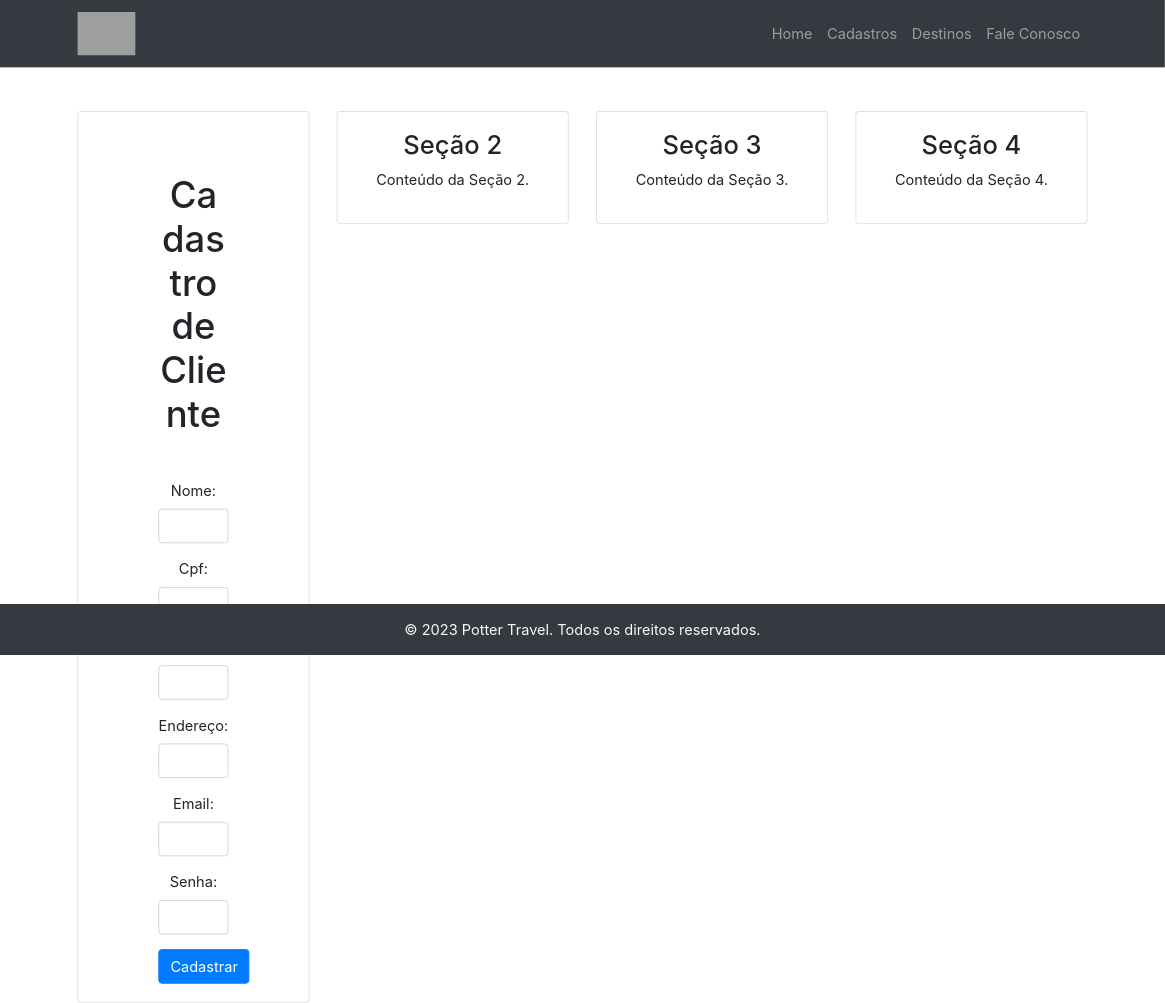
Repository: marcelledssantos/PotterTravel-MVC
Page: PotterTravel-MVC/src/main/webapp/index.html
These files come from the project's save history. The page is drawn as it stood at one moment and after the next save; the edit follows.
The browser window is 1280 px wide. The pictures show the whole page, at 91% of full size.
Pictures or frames that could not be fetched are drawn as grey boxes. Some web libraries are served in a nearby version.

Above is the page before, as saved 2023-11-01 02:17:08.

After the next save:
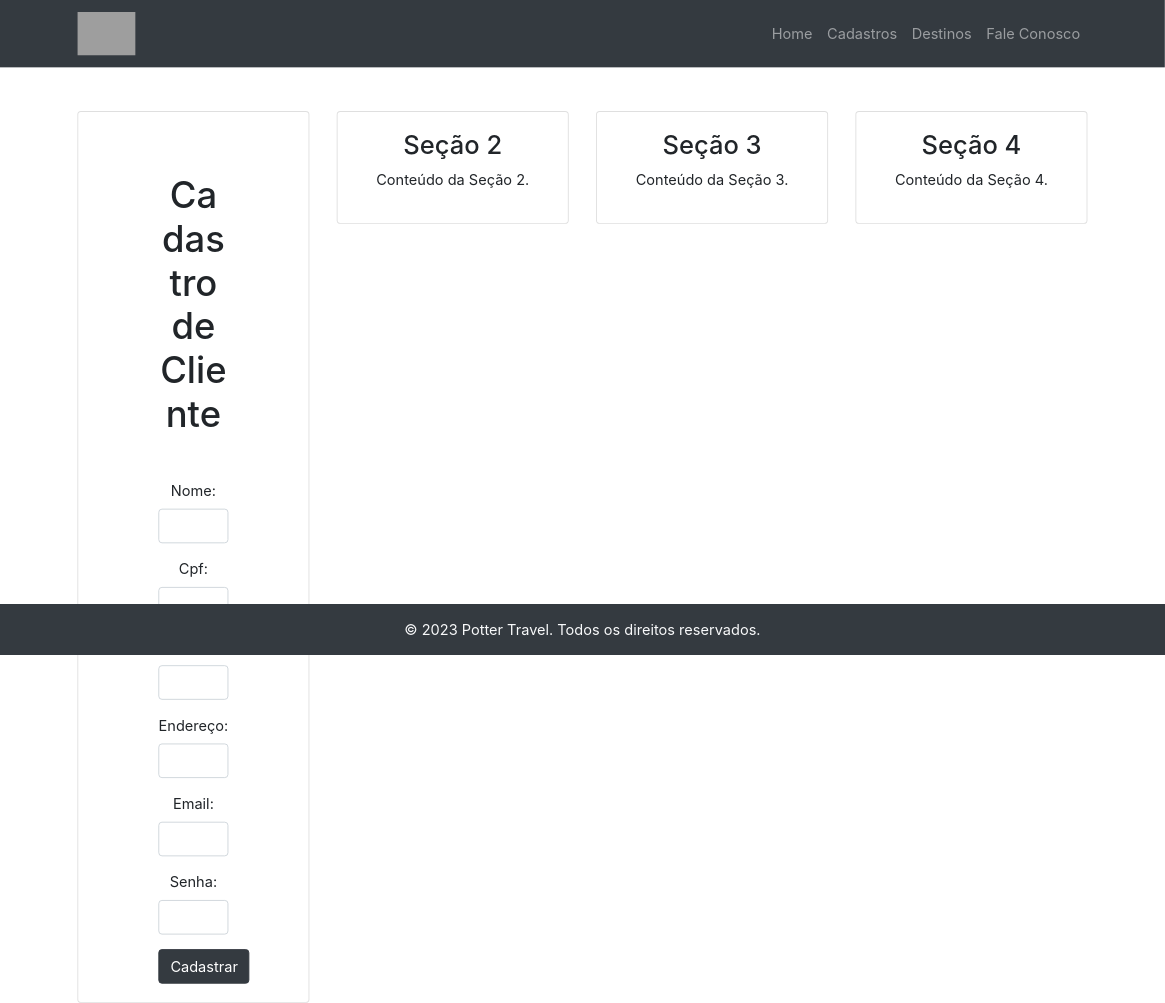
Saved 16 s later.
--- a/PotterTravel-MVC/src/main/webapp/index.html
+++ b/PotterTravel-MVC/src/main/webapp/index.html
@@ -73,7 +73,7 @@
 						<label for="senha">Senha:</label> <input type="password"
 							class="form-control" id="senha" name="senha" required>
 					</div>
-					<button type="submit" class="btn btn-primary">Cadastrar</button>
+					<button type="submit" class="btn btn-dark">Cadastrar</button>
 				</form>
 			</div>
 		</div>
